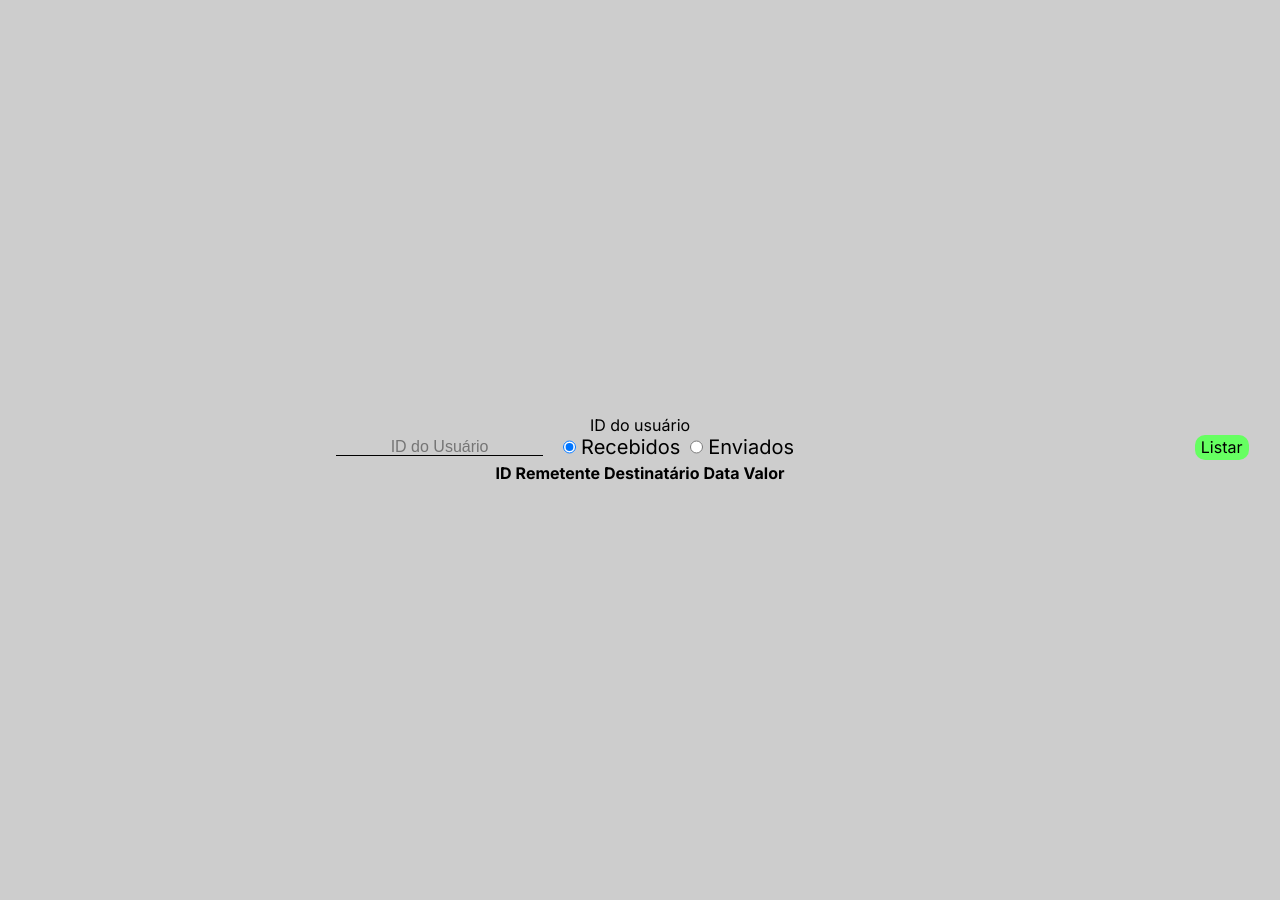
Repository: mateusilva8/tarefa-pix
Page: frontend/index.html
An editor plug-in stored every save of this project. The page is shown before and after the next save, followed by the edit.
The browser window is 1280 px wide. The pictures show the whole page.

Above is the page before, as saved 2023-10-22 15:19:46.

After the next save:
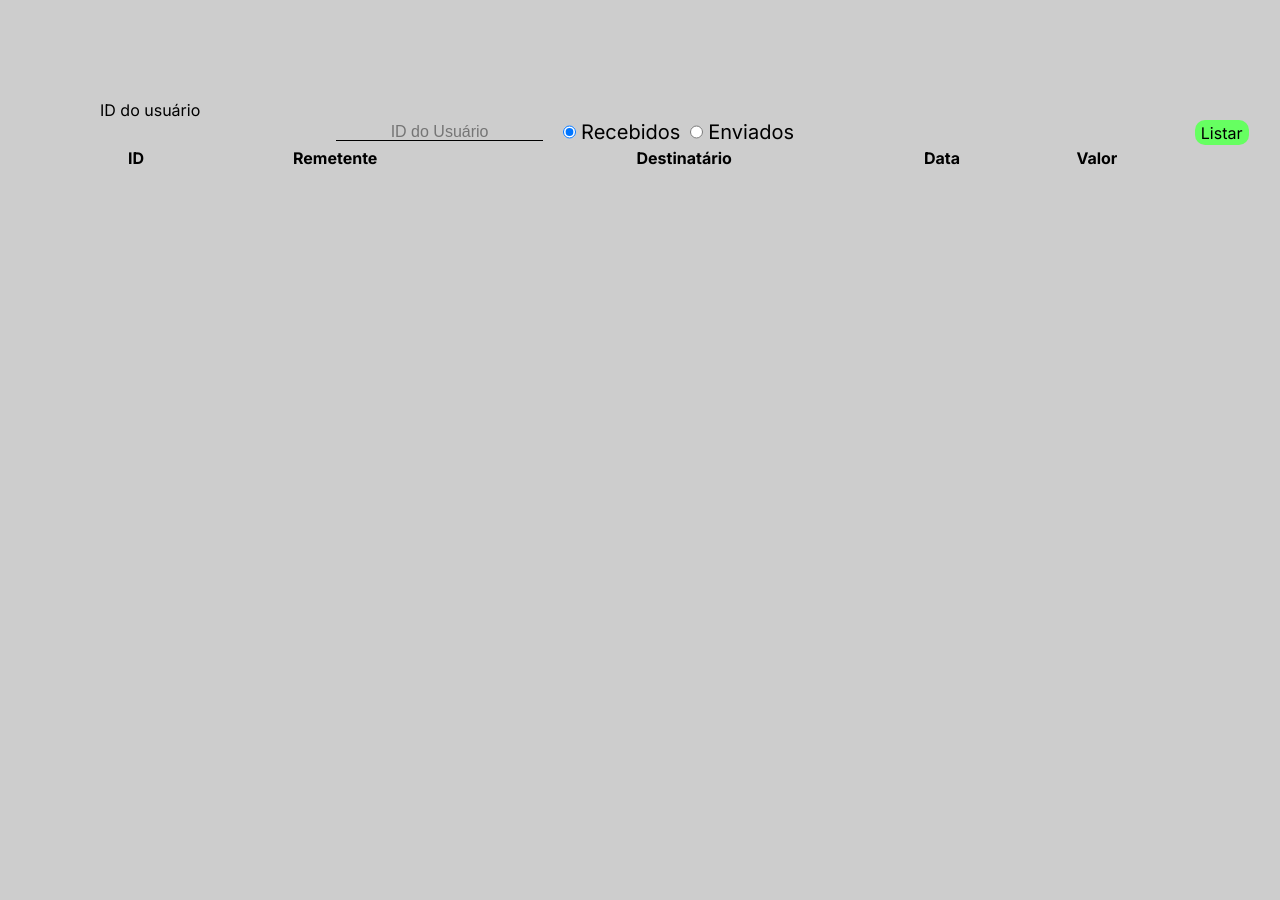
Saved 76 s later.
--- a/frontend/css/index.css
+++ b/frontend/css/index.css
@@ -11,8 +11,10 @@ body {
     flex-direction: column;
     height: 700px;
     margin: 100px;
-    justify-content: center;
-    align-items: center;
+}
+
+.label-formulario {
+
 }
 
 .formulario form {
